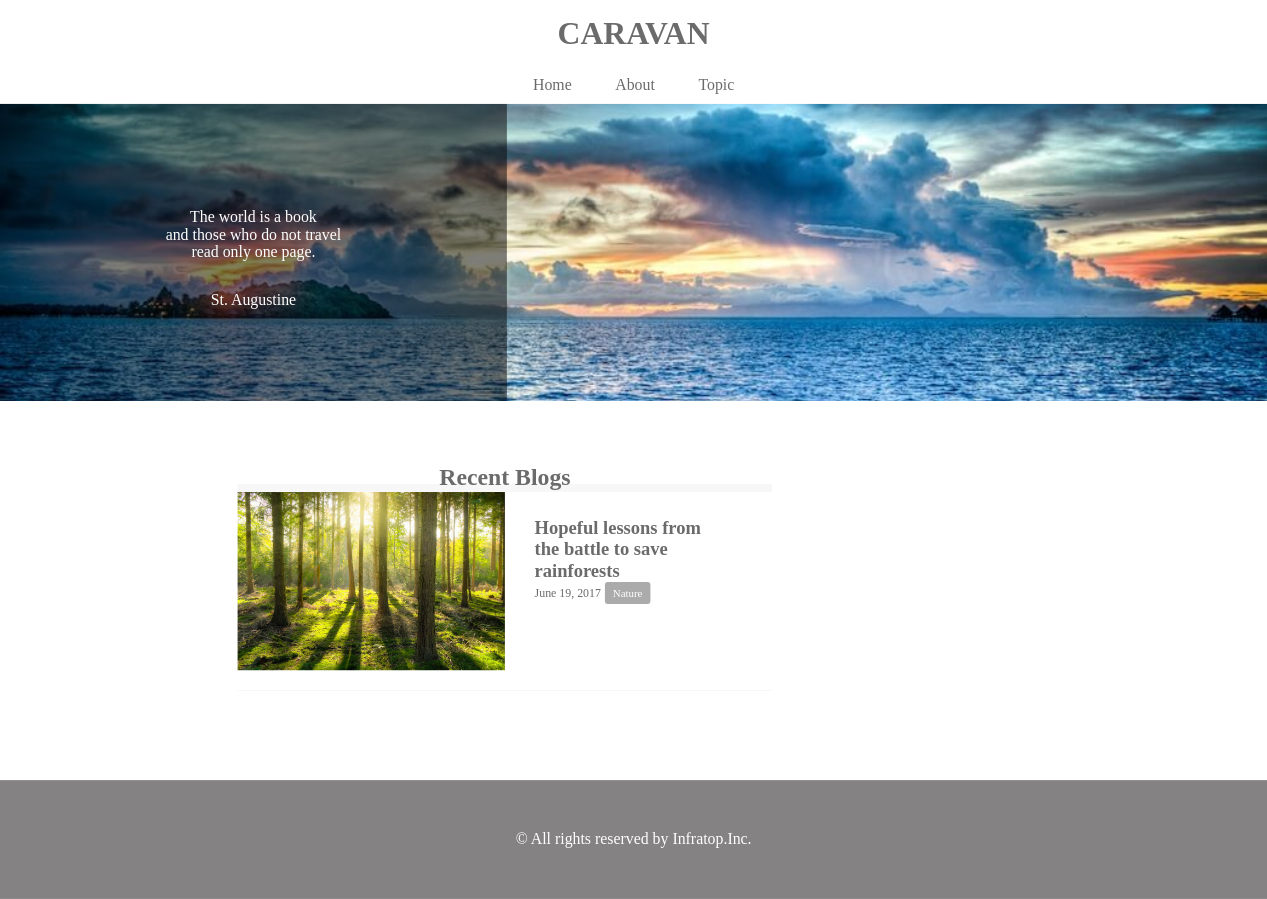
Repository: ochi11/html-practice
Page: caravan/index.html
The author's editor kept a record of every edit. The page is drawn from the files as they stood at one moment, then again after the next edit.
The browser window is 1280 px wide. The pictures show the whole page, at 99% of full size.

Above is the page before.

After the next edit:
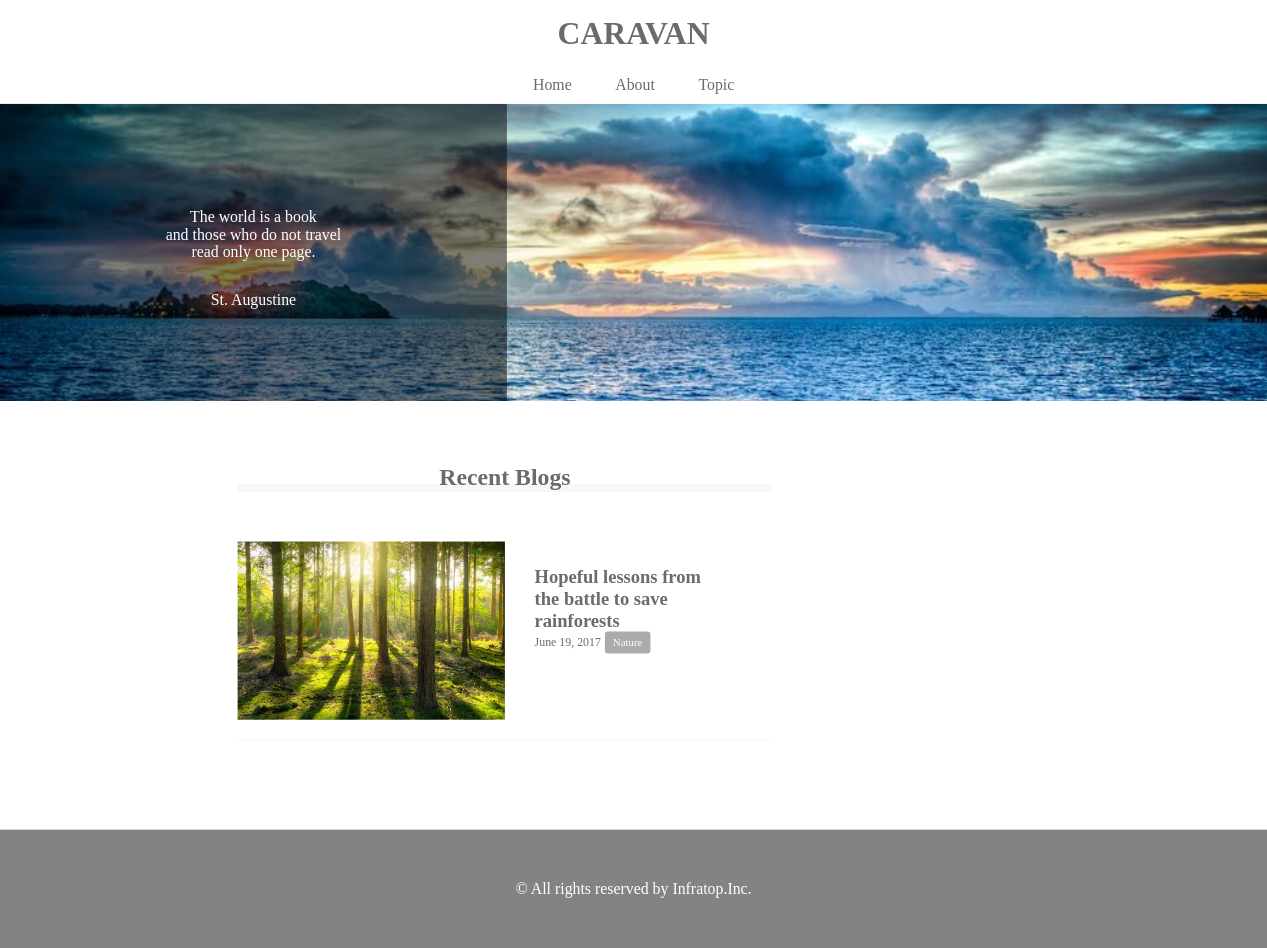
The edit:
--- a/caravan/index.html
+++ b/caravan/index.html
@@ -46,6 +46,7 @@
     <main>
       <section class="blog">
         <h2 class="blog-heading">Recent Blogs</h2>
+        <div class="blog-box">
         <div class="blog-item">
           <img class="blog-image" src="img/forest.jpg">
           <section class="blog-text">
